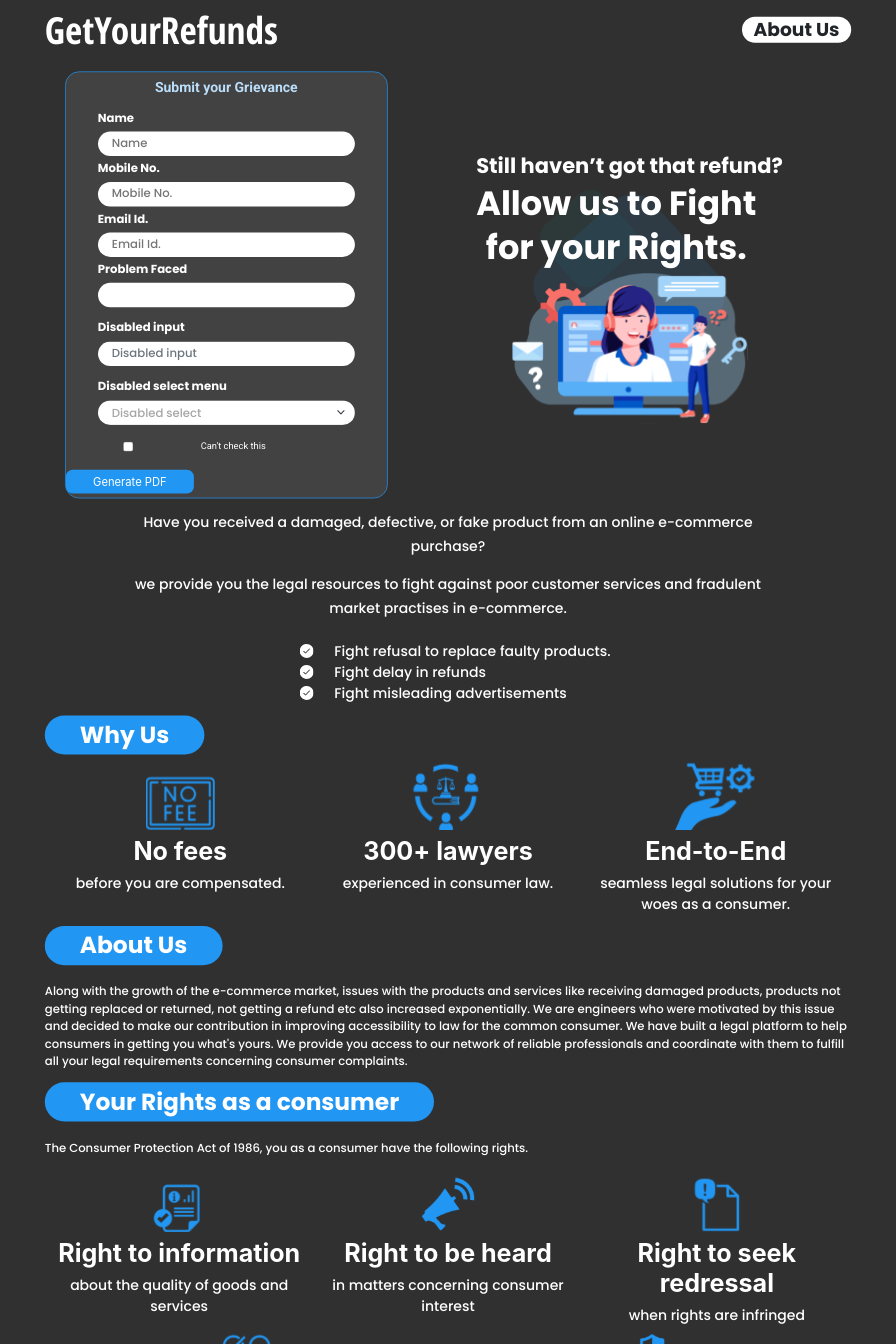
Repository: Eren00Yeager/initial-survey
Page: /consumer-complaints
An editor plug-in stored every save of this project. The page is shown before and after the next save, followed by the edit.
The browser window is 1280 px wide. The pictures show the part of the page from y = 0 to 1920 px (the page is 2831 px tall before and 2838 px after), at 70% of full size.
Some web fonts or font styles are not loaded; a fallback is used. The project was rebuilt for these pictures with package versions that can differ from the ones it lists, and the page was loaded fresh each time. The framework's server and built-in components were replaced by stand-ins that run in the browser. Also part of the build but not shown: next.config.js.

Above is the page before, as saved 2022-07-14 12:00:30.

### pages/consumer-complaints.jsx
import Head from "next/head";
import Image from "next/image";
import consumerStyles from "../styles/consumer.module.css";
import svg from "../pic/mark.svg";
import im from "../pic/i2.svg";
import i1 from "../pic/nofee.svg";
import i2 from "../pic/law.svg";
import i3 from "../pic/end2.svg";
import j1 from "../pic/info.svg";
import j2 from "../pic/heard.svg";
import j3 from "../pic/seek.svg";
import j4 from "../pic/free.svg";
import j5 from "../pic/safe.svg";
import a from "../pic/carrow.svg";
import f from "../pic/foot.svg";
import z1 from "../pic/in.svg";
import z2 from "../pic/tweet.svg";
import z3 from "../pic/mail.svg";
import { Col,Row,Form,Button,Accordion } from 'react-bootstrap';
import { useState,useEffect } from "react";


export default function consumer() {

    const [name, setName] = useState('');
    const [mobile, setMobile] = useState('');
    const [email, setEmail] = useState('');
    const [problem, setProblem] = useState('');
    const [error, seterror] = useState('');
    const [st, setst] = useState(false);
    const emailValidation = () => {
        const regex = /^(([^<>()[\]\.,;:\s@\"]+(\.[^<>()[\]\.,;:\s@\"]+)*)|(\".+\"))@(([^<>()[\]\.,;:\s@\"]+\.)+[^<>()[\]\.,;:\s@\"]{2,})$/i;
        if (!email || regex.test(email) === false) {

            seterror("Email is not valid");

            return false;
        }
        return true;
    }
    const submitHandler = async (e) => {
        e.preventDefault();

        console.log([name, mobile, email, problem])
        if (emailValidation()) {
            try {
                const response = await fetch("/api/consumersheet", {
                    method: "POST",
                    body: JSON.stringify({ name, mobile, email, problem }),
                    headers: {
                        'Content-Type': 'application/json',
                    },
                })
                if (await response.status == 201) {
                    setst(true)
                } else {
                    throw response.json()
                }


            } catch (e) {
                console.log(e)
                alert("There was an error in submitting\nPlease try again")
                setName('');
                setMobile('');
                setEmail('');
                setProblem('');
                setst(false);
            }
        }
    }

    const [windowSize, setWindowSize] = useState({
        width: "",
        height: "",
    });

    useEffect(() => {
        // only execute all the code below in client side
        if (typeof window !== 'undefined') {
            // Handler to call on window resize
            function handleResize() {
                // Set window width/height to state
                setWindowSize({
                    width: window.innerWidth,
                    height: window.innerHeight,
                });
            }

            // Add event listener
            window.addEventListener("resize", handleResize);

            // Call handler right away so state gets updated with initial window size
            handleResize();

            // Remove event listener on cleanup
            return () => window.removeEventListener("resize", handleResize);
        }
    }, []); // Empty array ensures that effect is only run on mount
    function handleScroll() {
        window.scroll({
            top: document.body.offsetHeight,
            left: 0,
            behavior: 'smooth',
        });
    }

    const thnk = (
        <div className={consumerStyles.tnk}>
            <div className={consumerStyles.thank}>Thank you for
                signing up with us.
                We will soon
                reach out to you.</div>
        </div>
    )
    const frm = (
        <Form className={consumerStyles.frm} onSubmit={submitHandler}>
            <div className={consumerStyles.grev}>
                Submit your Grievance
            </div>
            <div className={consumerStyles.details}>
                <div className={consumerStyles.det}>
                    <div className={consumerStyles.nam}>Name</div>
                    <input type="text" placeholder="Name" className={consumerStyles.plc} value={name} required onChange={(e) => setName(e.target.value)}></input>
                </div>
                <div className={consumerStyles.det}>
                    <div className={consumerStyles.nam}>Mobile No.</div>
                    <input type="text" placeholder="Mobile No." pattern="[0-9]{10}" className={consumerStyles.plc} required value={mobile} onChange={(e) => setMobile(e.target.value)}></input>
                </div>
                <div className={consumerStyles.det}>
                    <div className={consumerStyles.nam}>Email Id.</div>
                    <input type="text" placeholder="Email Id." className={consumerStyles.plc} value={email} required onChange={(e) => setEmail(e.target.value)}></input>
                    <div className={consumerStyles.err}>{error}</div>
                </div>
                <div className={consumerStyles.det}>
                    <div className={consumerStyles.nam}>Problem Faced</div>
                    <input type="text" placeholder="" className={consumerStyles.plc} value={problem} required onChange={(e) => setProblem(e.target.value)}></input>
                </div>
                <Form.Group  className={consumerStyles.det}>
        <Form.Label className={consumerStyles.nam}>Disabled input</Form.Label>
        <Form.Control className={consumerStyles.plc} placeholder="Disabled input" />
      </Form.Group>
      <Form.Group className="mb-3">
        <Form.Label className={consumerStyles.nam}>Disabled select menu</Form.Label>
        <Form.Select className={consumerStyles.plc}>
          <option>Disabled select</option>
          <option>dsafjn</option>
          <option>kskjdjnfojn</option>
        </Form.Select>
      </Form.Group>
      <Form.Group className={consumerStyles.terms} >
        <Form.Check type="checkbox" label="Can't check this" />
      </Form.Group>

            </div>
            {/* <div className={consumerStyles.terms}>
                <input className={consumerStyles.sub} type="submit" value="SUBMIT"></input>
            </div> */}
            <Button variant="primary" className={consumerStyles.sub} >
            Generate PDF
            </Button>



</Form>
    )
    return (
        <div className={consumerStyles.s}>
            <Head>
                <title>Consumer Complaints</title>
                <meta name="description" content="" />
                <link rel="icon" href="/favicon.ico" />
                <link href='https://fonts.googleapis.com/css?family=Open Sans Condensed:700' rel='stylesheet'></link>
            </Head>

            <div className={consumerStyles.container}>

                <div className={consumerStyles.head}>
                    <div className={consumerStyles.hd}>
                        GetYourRefunds
                    </div>

                    <div>
                        <a href="#about-us" className={consumerStyles.btn} onClick={handleScroll}>About Us</a>
                    </div>
                </div>
                <div className={consumerStyles.main}>

                    {st ? thnk : frm}
                    <div className={consumerStyles.tct}>
                        <div className={consumerStyles.py} style={windowSize.width > 900 ? {position:"relative",width:"32.552vw"} : {position:"relative",width:"250px"}} >
                            <Image src={im} layout="responsive"/>
                        </div>
                        <div className={consumerStyles.t1}>
                            <div className={consumerStyles.title}>
                                <div className={consumerStyles.title2}>
                                    Still haven’t got that refund?
                                </div>

                                <div className={consumerStyles.title1}>
                                    Allow us to Fight <br></br>for your Rights.
                                </div>
                            </div>
                        </div>

                    </div>

                </div>

                <div className={consumerStyles.fo}>

                    <div className={consumerStyles.mid}>
                        Have you received a damaged, defective, or fake product from an online e-commerce purchase?
                    </div>
                    <div className={consumerStyles.mid}>
                        we provide you the legal resources to fight against
                        poor customer services and fradulent market practises in
                        e-commerce.
                    </div>
                    <div className={consumerStyles.points}>
                        <div>
                            <div className={consumerStyles.p}>
                                <div className={consumerStyles.i}>
                                    <Image src={svg} />
                                </div>
                                <div className={consumerStyles.t}>
                                    Fight refusal to replace faulty products.
                                </div>
                            </div>
                            <div className={consumerStyles.p}>
                                <div className={consumerStyles.i}>
                                    <Image src={svg} />
                                </div>
                                <div className={consumerStyles.t}><div>Fight delay in refunds</div></div>
                            </div>
                            <div className={consumerStyles.p}>
                                <div className={consumerStyles.i}>
                                    <Image src={svg} />
                                </div>
                                <div className={consumerStyles.t}>
                                    Fight misleading advertisements
                                </div>
                            </div>
                        </div>
                    </div>

                </div>
                <div className={consumerStyles.sect}>
                    <div className={consumerStyles.sech}>Why Us</div>
                    <div className={consumerStyles.fwrap}>
                        <div className={consumerStyles.box}>
                            <div className={consumerStyles.bsvg} ><div style={windowSize.width > 900 ? {  width:"7.747vw",position:"relative"}:{  width:"30vw",position:"relative"}}><Image src={i1} layout="responsive"></Image></div></div>
                            <div className={consumerStyles.des}>
                                <span className={consumerStyles.des1}> No fees </span>
                                <span className={consumerStyles.des2}>before you are compensated.</span>
                            </div>
                        </div>
                        <div className={consumerStyles.box}>
                           <div className={consumerStyles.bsvg}> <div style={windowSize.width > 900 ?{ width:"12.240vw",position:"relative"}:{  width:"50vw",position:"relative"}}><Image src={i2} layout="responsive"></Image></div></div>
                            <div className={consumerStyles.des}>
                                <span className={consumerStyles.des1}>300+ lawyers </span>
                                <span className={consumerStyles.des2}>experienced in consumer law. </span>
                            </div>
                        </div>
                        <div className={consumerStyles.box}>
                            <div className={consumerStyles.bsvg}><div style={windowSize.width > 900 ?{ width:"13.477vw",position:"relative"}:{  width:"50vw",position:"relative"}}><Image src={i3} layout="responsive"></Image></div></div>
                            <div className={consumerStyles.des}>
                                <span className={consumerStyles.des1}>End-to-End</span>
                                <span className={consumerStyles.des2}>seamless legal solutions for your woes  as a consumer.</span>
                            </div>
                        </div>
                    </div>
                </div>
                <div className={consumerStyles.sect} id="about-us">
                    <div className={consumerStyles.sech}>About Us</div>
                    <div className={consumerStyles.abt}>Along with the growth of the e-commerce market, issues with the products and services like receiving damaged products, products not getting replaced or returned, not getting a refund etc also increased exponentially.  We are engineers who were motivated by this issue and decided to make our contribution in improving accessibility to law for the common consumer. We have built a legal platform to help consumers in getting you what's yours. We provide you access to our network of reliable professionals and coordinate with them to fulfill all your legal requirements concerning consumer complaints.   </div>
                </div>
                <div className={consumerStyles.sect}>
                    <div className={consumerStyles.sech}>Your Rights as a consumer</div>
                    <div className={consumerStyles.abt}>The Consumer Protection Act of  1986, you as a consumer have the following rights.</div>
                    <div className={consumerStyles.fwrap}>
                        <div className={consumerStyles.box}>
                        <div className={consumerStyles.bsvg} ><div style={windowSize.width > 900 ?{  width:"6.120vw",position:"relative"}:{  width:"30vw",position:"relative"}}><Image src={j1} layout="responsive"></Image></div></div>
                            <div className={consumerStyles.des}>
                                <span className={consumerStyles.des1}> Right to information </span>
                                <span className={consumerStyles.des2}>about the quality of goods and services</span>
                            </div>
                        </div>
                        <div className={consumerStyles.box}>
                        <div className={consumerStyles.bsvg} ><div style={windowSize.width > 900 ?{  width:"9.440vw",position:"relative"}:{  width:"50vw",position:"relative"}}><Image src={j2} layout="responsive"></Image></div></div>
                            <div className={consumerStyles.des}>
                                <span className={consumerStyles.des1}>Right to be heard </span>
                                <span className={consumerStyles.des2}>in matters concerning consumer interest </span>
                            </div>
                        </div>
                        <div className={consumerStyles.box}>
                        <div className={consumerStyles.bsvg} ><div style={windowSize.width > 900 ?{  width:"12.891vw",position:"relative"}:{  width:"70vw",position:"relative"}}><Image src={j3} layout="responsive"></Image></div></div>
                            <div className={consumerStyles.des}>
                                <span className={consumerStyles.des1}>Right to seek redressal</span>
                                <span className={consumerStyles.des2}> when rights are infringed</span>
                            </div>
                        </div>
                        <div className={consumerStyles.box}>
                        <div className={consumerStyles.bsvg} ><div style={windowSize.width > 900 ?{  width:"7.161vw",position:"relative"}:{  width:"30vw",position:"relative"}}><Image src={j4} layout="responsive"></Image></div></div>
                            <div className={consumerStyles.des}>
                                <span className={consumerStyles.des1}>Right to freely choose</span>
                                <span className={consumerStyles.des2}> from goods & services </span>
                            </div>
                        </div>
                        <div className={consumerStyles.box}>
                        <div className={consumerStyles.bsvg} ><div style={windowSize.width > 900 ?{  width:"8.594vw",position:"relative"}:{  width:"40vw",position:"relative"}}><Image src={j5} layout="responsive"></Image></div></div>
                            <div className={consumerStyles.des}>
                                <span className={consumerStyles.des1}>Right to safety</span>
                                <span className={consumerStyles.des2}> from hazardous goods & services</span>
                            </div>
                        </div>
                    </div>
                </div>
                <div className={consumerStyles.sect}>
                    <div className={consumerStyles.sech}>The Process</div>
                    <div className={consumerStyles.proc}>
                        <div className={consumerStyles.pr}>
                            <div className={consumerStyles.pu}>1) Inform us about your problem</div>
                            <div className={consumerStyles.pd}>Our legal advisory team will get in touch with you and collect the details regarding your issue.</div>
                        </div>
                       {windowSize.width > 900 ? <div style={{  width:"3.971vw",position:"relative"}}><Image src={a} layout="responsive"></Image></div> : ""}
                        <div className={consumerStyles.pr}>
                            <div className={consumerStyles.pu}>2) Filing a legal notice</div>
                            <div className={consumerStyles.pd}>Our legal team will then file a legal notice against the seller involved in the issue.</div>
                        </div>
                        {windowSize.width > 900 ? <div style={{  width:"3.971vw",position:"relative"}}><Image src={a} layout="responsive"></Image></div> : ""}
                        <div className={consumerStyles.pr}>
                            <div className={consumerStyles.pu}>3) Consumer Court</div>
                            <div className={consumerStyles.pd}>In case the company does not respond, our trusted network of lawyers will fight the case in consumer court and resolve the case.</div>
                        </div>

                    </div>
                </div>
                <div className={consumerStyles.sect}>
                    <div className={consumerStyles.sech}>FAQs</div>
                    <div className={consumerStyles.qa}>
                        <div className={consumerStyles.ques}>Q. What is the amount I have to pay to get my issue resolved?</div>
                        <div className={consumerStyles.ans}>A: You do not have to pay any fees upfront. A commission of 10% will be charged if we are successful in getting your issue resolved. This legal fees would also be compensated by the vendor against whom you are raising a complaint.</div>
                    </div>
                    <div className={consumerStyles.qa}>
                        <div className={consumerStyles.ques}>Q. How long does it take to resolve a consumer complaint ?</div>
                        <div className={consumerStyles.ans}>A: In some cases the company resolves the complaint within 15 days after they recieve the legal notice . If the company does not resolve the complaint, it may take on average 8-18 months to resolve the issue through consumer courts.</div>
                    </div>
                </div>
                <div className={consumerStyles.foot} >
                    <div className={consumerStyles.ab1}>
                        <div className={consumerStyles.ftxt}>GetYourRefunds</div>
                        <div className={consumerStyles.cprt}>© Copyright 2022</div>
                    </div>
                    <div className={consumerStyles.ab2}>
                        <a href="https://www.linkedin.com/company/getyourrefund/" style={windowSize.width > 900 ? { width: '3.255vw', position: 'relative' } : { width: '20vw', position: 'relative' }}><Image src={z1} layout='responsive'></Image></a>
                        <a href="https://twitter.com/getyourrefunds" style={windowSize.width > 900 ? { width: '3.255vw', position: 'relative' }: { width: '20vw', position: 'relative' }}><Image src={z2} layout='responsive'></Image></a>
                        <a href="mailto:getyourrefunds@gmail.com" style={windowSize.width > 900 ? { width: '3.255vw', position: 'relative' }: { width: '20vw', position: 'relative' }}><Image src={z3} layout='responsive'></Image></a>

                    </div>
                    {windowSize.width > 900 ? <div style={{ width: '100%', position: 'relative' }}>
                        <Image src={f} layout='responsive'></Image>
                    </div> : ""}

                </div>
            </div>
        </div>

    );
}

### styles/globals.scss
@import "~bootstrap/scss/bootstrap";
html,
body {
  padding: 0;
  margin: 0;
  font-family: -apple-system, BlinkMacSystemFont, Segoe UI, Roboto, Oxygen,
    Ubuntu, Cantarell, Fira Sans, Droid Sans, Helvetica Neue, sans-serif;
}

a {
  color: inherit;
  text-decoration: none;
}

* {
  box-sizing: border-box;
}

Loaded but not shown: pages/_app.js (common file); styles/consumer.module.css (969 lines, source omitted)

After the next save:
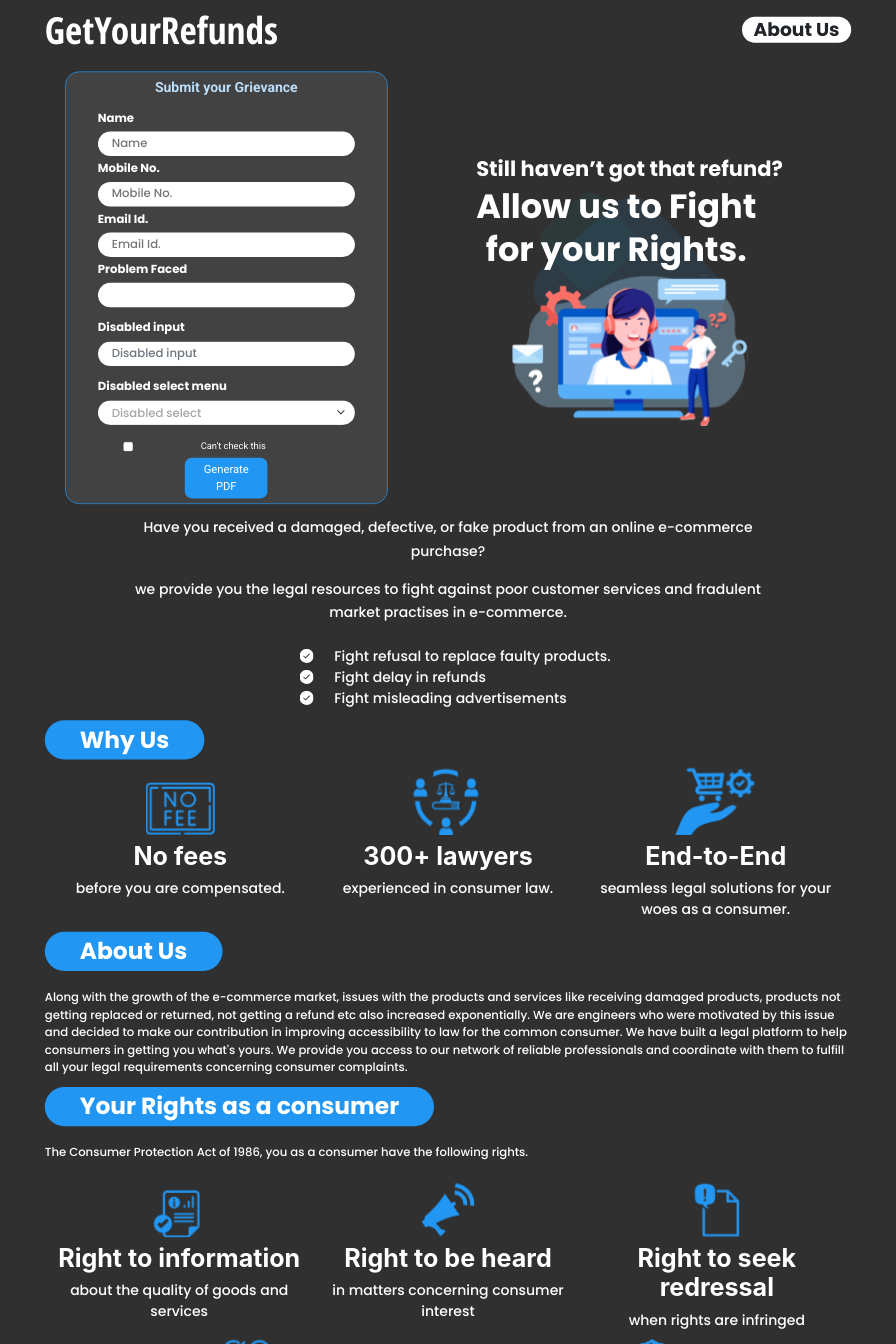
Saved 50 s later.
--- a/pages/consumer-complaints.jsx
+++ b/pages/consumer-complaints.jsx
@@ -150,15 +150,16 @@ export default function consumer() {
       </Form.Group>
       <Form.Group className={consumerStyles.terms} >
         <Form.Check type="checkbox" label="Can't check this" />
+        <Button variant="primary" className={consumerStyles.sub} >
+            Generate PDF
+            </Button>
       </Form.Group>
 
             </div>
             {/* <div className={consumerStyles.terms}>
                 <input className={consumerStyles.sub} type="submit" value="SUBMIT"></input>
             </div> */}
-            <Button variant="primary" className={consumerStyles.sub} >
-            Generate PDF
-            </Button>
+
 
 
 
